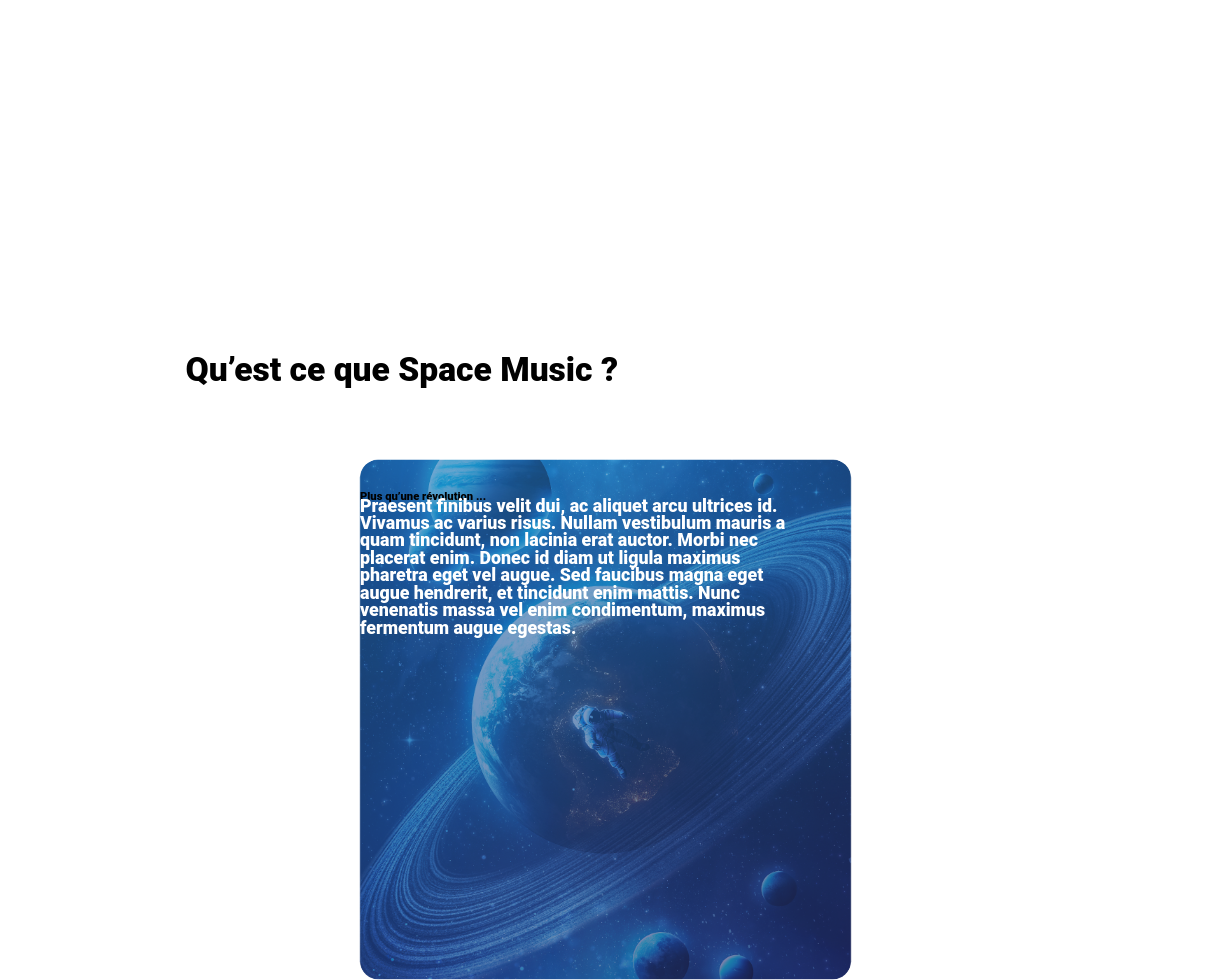
Repository: karalyh/landing-experts
Page: /
An editor plug-in stored every save of this project. The page is shown before and after the next save, followed by the edit.
The browser window is 1280 px wide. The page is 1729 px wide, so the pictures cover 1729 px, including what lies to the right of the window. The pictures show the part of the page from y = 1628 to 3028 px (the page is 3028 px tall), at 70% of full size.
The project was rebuilt for these pictures with package versions that can differ from the ones it lists, and the page was loaded fresh each time. The framework's server and built-in components were replaced by stand-ins that run in the browser. Also part of the build but not shown: next.config.js, public/css/circles-animations.css, public/css/devices-view.css.

Above is the page before, as saved 2022-09-23 12:11:01.

### pages/_app.tsx
import '../styles/globals.css'
import '../public/css/circles-animations.css'
import '../public/css/devices-view.css'
import  '@material-tailwind/react';
import type { AppProps } from 'next/app'
import LandingLayout from '../components/LandingLayout'

function MyApp({ Component, pageProps }: AppProps): JSX.Element {
  return (
    <LandingLayout>
      <Component {...pageProps} />
    </LandingLayout>
  )
}

export default MyApp

### pages/index.tsx
import type { NextPage } from 'next'

import NavBar from '../components/Navbar'
import Header from '../components/Header'
import Section1 from '../components/Section1'
import Section2 from '../components/Section2'
import Section3 from '../components/Section3'
import Section4 from '../components/Section4'
import Section5 from '../components/Section5'
import Section6 from '../components/Section6'


const Home: NextPage = () => {
  return (
    <div >
      {/* <NavBar />
      <Header />
      <Section1 /> */}
      <Section2 />
        {/* <Section3 />
        <Section4 />
        <Section5 />
        <Section6 /> */}




    </div>
  )
}

export default Home

### styles/globals.css
@tailwind base;
@tailwind components;
@tailwind utilities;


details ::marker {
    unicode-bidi: isolate;
    font-variant-numeric: tabular-nums;
    text-transform: none;

}


           p[open] span::after{
                content: "-";
            }

            p[open] span ~ * {
                animation: slideDown 0.3s ease-in-out;
            }

            p[open] span p {
                opacity: 0;
                animation-name: showContent;
                animation-duration: 0.6s;
                animation-delay: 0.2s;
                animation-fill-mode: forwards;
                margin: 0;
            }

            @keyframes showContent {
                from {
                opacity: 0;
                height: 0;
                }
                to {
                opacity: 1;

                }
            }
            @keyframes slideDown {
                from {
                opacity: 0;
                height: 0;
                padding: 0;
                }

                to {
                opacity: 1;

                }
            }


/*--Header SPM CSS--*/
:root{
  --spm-cl: #3c3c3c;
  --duration_anim: 10s;
}

@font-face{
  font-family:"Roboto Bk";
  font-weight:400;
  font-style:normal;
  font-display:swap;
  src:url(../public/fonts/Roboto-Black.ttf);
}

body{
  font-size: 16px;
}

.main{
  overflow: hidden;
  min-height: initial;
}

.content_head {
  width: 100%;
  max-width: 1200px;
  height: auto;
  margin: auto;
  display: flex;
  flex-direction: row;
  justify-content: space-between;
  align-items: center;
  padding: 0.5em;
  color: var(--spm-cl);
  font-family: "Roboto";
}

.content_head > .container_logos {
  display: grid;
  grid-template-columns: repeat(1, 1fr);
}

.content_head > .container_logos > .logo{
  width: 84px;
  height: 60px;
  animation-fill-mode: both !important;
  animation-duration: var(--duration_anim) !important;
  animation-iteration-count: infinite !important;
  animation-fill-mode: both !important;
  grid-column: 1;
  grid-row: 1;
}

.content_head > .container_logos > .logo:nth-child(1){
  animation: change_logo_color_1;
}

.content_head > .container_logos > .logo:nth-child(2){
  animation: change_logo_color_2;
}

.content_head > .container_logos > .logo:nth-child(3){
  animation: change_logo_color_3;
}

.content_head > .container_logos > .logo:nth-child(4){
  animation: change_logo_color_4;
}

.content_sign_lng{
  width: auto;
  display: flex;
  flex-direction: row;
  justify-content: center;
  align-items: center;
  grid-gap: 2em;
}

.contain_lng{
  width: auto;
}

.contain_sign{
  width: auto;
  display: flex;
  flex-direction: row;
  justify-content: center;
  align-items: center;
  grid-gap: 1em;
}

.contain_sign a, .contain_sign button {
  width: auto;
  color: var(--spm-cl);
}

.separate{
  width: 2px;
  height: 20px;
  background: var(--spm-cl);
}

.content_pattern_texts{
  max-width: 1500px;
  width: 90%;
  margin: auto;
  display: grid;
  grid-template-columns: repeat(12, 1fr);
  border: 5px solid #EEF3F5;
  border-radius: 15px;
  overflow: hidden;
  font-family: 'Roboto Bk';
}

.contain_pattern{
  grid-column: 1 / 13;
  grid-row: 1;
  width: 65%;
  position: relative;
  z-index: 1;
}

.contain_pattern > img{
  width: 100%;
}

.contain_texts{
  grid-column: 2 / 12;
  grid-row: 1;
  display: flex;
  flex-direction: column;
  justify-content: center;
  align-items: flex-end;
  position: relative;
  z-index: 2;
  width: 100%;
}

.slogans{
  display: grid;
  grid-template-columns: repeat(1, 1fr);
  justify-content: flex-end;
  align-items: center;
  margin-top: -10%;
}

.big_slogan{
  color: var(--spm-cl);
  font-size: 1150%;
  width: auto;
  grid-column: 1;
  grid-row: 1;
  text-align: right;
  animation-duration: var(--duration_anim) !important;
  animation-iteration-count: infinite !important;
  animation-timing-function: ease !important;
  animation-fill-mode: both !important;
}

.big_slogan:nth-child(1){
  animation: move_slogan_1;
}

.big_slogan:nth-child(2){
  animation: move_slogan_2;
}

.big_slogan:nth-child(3){
  animation: move_slogan_3;
}

.big_slogan:nth-child(4){
  animation: move_slogan_4;
}

.little_slogan{
  color: var(--spm-cl);
  font-size: 100%;
  width: auto;
  margin-top: 5px;
  grid-column: 1;
  grid-row: 2;
  text-align: right;
  font-weight: 900;
}

.btn_signup, .btn_btm_arrow{
  width: auto;
  cursor: pointer;
}

.btn_signup{
  padding: 0;
  border-radius: 7px;
  color: #fff;
  margin-top: 5%;
  display: grid;
  grid-template-columns: repeat(1, 1fr);
  overflow: hidden;
}

.btn_signup > em{
  padding: 0.7em 2em;
  width: 100%;
  height: 100%;
  grid-column: 1;
  grid-row: 1;
  position: relative;
  z-index: 2;
  font-style: normal;
  font-family: 'Roboto Bk';
}

.btn_signup > .bg{
  width: 100%;
  height: 100%;
  grid-column: 1;
  grid-row: 1;
  position: relative;
  z-index: 1;
  animation-duration: var(--duration_anim) !important;
  animation-iteration-count: infinite !important;
  animation-timing-function: ease !important;
  animation-fill-mode: both;
}

.btn_signup > .bg_1{
  animation: change_logo_color_1;
  background: linear-gradient(92.36deg, #7EC290 4.68%, #039EAA 100.05%);
}

.btn_signup > .bg_2{
  animation: change_logo_color_2;
  background: linear-gradient(92.2deg, #E3077E 4.89%, #A12281 98.84%);
}

.btn_signup > .bg_3{
  animation: change_logo_color_3;
  background: linear-gradient(92.66deg, #F48F1F 5.41%, #E52125 100.51%);
}

.btn_signup > .bg_4{
  animation: change_logo_color_4;
  background: linear-gradient(93.11deg, #5E77BA 0.06%, #2B2E70 98.3%);
}

.btn_btm_arrow {
  margin-top: 10em;
  margin-right: 3em;
  color: var(--spm-cl);
  margin-bottom: -15em;
}

@keyframes change_logo_color_1 {
  0%{
    opacity: 1;
  }
  25%{
    opacity: 0;
  }
  50%{
    opacity: 0;
  }
  75%{
    opacity: 0;
  }
  100%{
    opacity: 1;
  }
}

@keyframes change_logo_color_2 {
  0%{
    opacity: 0;
  }
  25%{
    opacity: 1;
  }
  50%{
    opacity: 0;
  }
  75%{
    opacity: 0;
  }
  100%{
    opacity: 0;
  }
}

@keyframes change_logo_color_3 {
  0%{
    opacity: 0;
  }
  25%{
    opacity: 0;
  }
  50%{
    opacity: 1;
  }
  75%{
    opacity: 0;
  }
  100%{
    opacity: 0;
  }
}

@keyframes change_logo_color_4 {
  0%{
    opacity: 0;
  }
  25%{
    opacity: 0;
  }
  50%{
    opacity: 0;
  }
  75%{
    opacity: 1;
  }
  100%{
    opacity: 0;
  }
}

@keyframes move_slogan_1 {
  0%{
    transform: translateX(0vw);
    opacity: 1;
  }
  22.5%{
    transform: translateX(0vw);
    opacity: 1;
  }
  27.45555555%{
    transform: translateX(-100vw);
    opacity: 1;
  }
  27.5%{
    transform: translateX(100vw);
    opacity: 0;
  }
  47.5%{
    transform: translateX(100vw);
    opacity: 0;
  }
  52.5%{
    transform: translateX(100vw);
    opacity: 0;
  }
  72.5%{
    transform: translateX(100vw);
    opacity: 0;
  }
  77.5%{
    transform: translateX(100vw);
    opacity: 0;
  }
  95%{
    transform: translateX(100vw);
    opacity: 1;
  }
  100%{
    transform: translateX(0vw);
    opacity: 1;
  }
}

@keyframes move_slogan_2 {
  0%{
    transform: translateX(100vw);
    opacity: 0;
  }
  22.5%{
    transform: translateX(100vw);
    opacity: 1;
  }
  27.5%{
    transform: translateX(0vw);
    opacity: 1;
  }
  47.5%{
    transform: translateX(0vw);
    opacity: 1;
  }
  52.45555555%{
    transform: translateX(-100vw);
    opacity: 1;
  }
  52.5%{
    transform: translateX(100vw);
    opacity: 0;
  }
  72.5%{
    transform: translateX(100vw);
    opacity: 0;
  }
  77.5%{
    transform: translateX(100vw);
    opacity: 0;
  }
  95%{
    transform: translateX(100vw);
    opacity: 0;
  }
  100%{
    transform: translateX(100vw);
    opacity: 0;
  }
}

@keyframes move_slogan_3 {
  0%{
    transform: translateX(100vw);
    opacity: 0;
  }
  22.5%{
    transform: translateX(100vw);
    opacity: 0;
  }
  27.5%{
    transform: translateX(100vw);
    opacity: 0;
  }
  47.5%{
    transform: translateX(100vw);
    opacity: 1;
  }
  52.5%{
    transform: translateX(0vw);
    opacity: 1;
  }
  72.5%{
    transform: translateX(0vw);
    opacity: 1;
  }
  77.45555555%{
    transform: translateX(-100vw);
    opacity: 1;
  }
  77.5%{
    transform: translateX(100vw);
    opacity: 0;
  }
  95%{
    transform: translateX(100vw);
    opacity: 0;
  }
  100%{
    transform: translateX(100vw);
    opacity: 0;
  }
}

@keyframes move_slogan_4 {
  0%{
    transform: translateX(100vw);
    opacity: 0;
  }
  22.5%{
    transform: translateX(100vw);
    opacity: 0;
  }
  27.5%{
    transform: translateX(100vw);
    opacity: 0;
  }
  47.5%{
    transform: translateX(100vw);
    opacity: 0;
  }
  52.5%{
    transform: translateX(100vw);
    opacity: 0;
  }
  72.5%{
    transform: translateX(100vw);
    opacity: 1;
  }
  77.5%{
    transform: translateX(0vw);
    opacity: 1;
  }
  95%{
    transform: translateX(0vw);
    opacity: 1;
  }
  99.8999999999%{
    transform: translateX(-100vw);
    opacity: 1;
  }
  100%{
    transform: translateX(100vw);
    opacity: 0;
  }
}

@media (max-width: 768px) {
  .content_head{}

  .container_logos{}

  .content_sign_lng {
    margin-right: 1em;
    padding: 0.5em;
  }

  .content_pattern_texts {
    min-height: 85vh;
  }

  .contain_texts{}

  .big_slogan{
    font-size: 600%;
  }

  .contain_pattern {
    width: 100%;
  }

  .contain_pattern > img {
    height: 100%;
    object-fit: cover;
  }

  .btn_signup {
    margin-top: 40%;
  }

  .btn_btm_arrow {
    margin-top: 3em;
    margin-bottom: -10em;
  }
}
/*--Fin Header SPM CSS--*/

### components/LandingLayout.tsx
import Footer from "./Footer";
import Header from "./Header";
import Navbar from "./Navbar";
import  '@material-tailwind/react';
export default function  LandingLayout ({ children }: any){
    return (
        <div>
        <div className="flex flex-col">
           <Navbar />
            <Header />
            { children }
            <Footer />
        </div>
        </div>
    )
}

### components/Section2.tsx
import Image from 'next/image';


export default function Section2() {

    return (
        <>
            <section className='static'>
                <div className='absolute left-[265px] top-[2129px]'>
                <h1 className='font-roboto text-5xl font-black leading-[56.25px]'>Qu’est ce que Space Music ?</h1>

                </div>
                <div
                    className='
                    flex flex-row justify-center items-center p-[0px 15px] gap-5 absolute
                    w-[1728px] h-[742.7px] top-[2285px] left-px overflow-x-scroll border-black'
                >
                    {/* block du milieu */}
                    <div className="absolute w-[701.5px] h-[742.7px] left-[513.25px] top-0 bg-[url('/images/Rectangle-2.png')] rounded-[26.1767px]">
                        {/** on met le texte dans un bloc */}
                        <div className="w-[614.9px] h-[306.42px] top-[386.6px] left-[545.3px] gap-[31.76px] flex flex-col justify-center items-start">
                            {/**
                             * Titre
                             */}
                            <h1 className="font-black font-roboto text-base top-[40.83px] absolute">Plus qu’une révolution ...</h1>

                            {/**
                             * Paragraphe
                             */}
                        <p className="
                        w-[614.9px] h-[25px] font-[roboto] font-black text-[25.4118px]
                        leading-[98.69%] items-center flex text-white self-stretch grow-0 order-1 flex-none top-[
100px] absolute
                        ">Praesent finibus velit dui, ac aliquet arcu ultrices id. Vivamus ac varius risus. Nullam
                            vestibulum mauris a quam tincidunt, non lacinia erat auctor. Morbi nec placerat enim. Donec
                            id diam ut ligula maximus pharetra eget vel augue. Sed faucibus magna eget augue hendrerit,
                            et tincidunt enim mattis. Nunc venenatis massa vel enim condimentum, maximus fermentum augue
                            egestas.
                        </p></div>

                    </div>
                </div>
           </section>
        </>
           )
}

### components/Header.tsx
import Image from 'next/image';
import styles from '../styles/Header.module.css'



export default function Header() {

    return (
        <section className="content_pattern_texts">

        <div className="contain_texts">
          <div className="slogans">
            <h3 id="big_slogan" className='big_slogan'>Bigger.</h3>
            <h3 id="big_slogan" className='big_slogan'>Better.</h3>
            <h3 id="big_slogan" className='big_slogan'>Social.</h3>
            <h3 id="big_slogan" className='big_slogan'>Music.</h3>
            <h4 className='little_slogan'>L'app qui te redonne le pouvoir</h4>
          </div>

          <button className="btn_signup">
            <i className='bg bg_1'></i>
            <i className='bg bg_2'></i>
            <i className='bg bg_3'></i>
            <i className='bg bg_4'></i>
            <em>Créer mon compte</em>
          </button>

          <button className="btn_btm_arrow"><img src="imgs/arrow_1.png" /></button>
        </div>

        <div className="contain_pattern">
          <img src="imgs/pattern-rockets.png" alt="Pattern Rockets" />
        </div>

      </section>
           )
}

### components/Navbar.tsx
import Head from 'next/head'
import Image from 'next/image';

export default function NavBar() {

    return (
        <div className=''>
            <Head>
                <title>Space music</title>
                <meta name="description" content="Generated by create next app" />
                <link rel="icon" href="/favicon.ico" />
            </Head>



           <div className="content_head">
      <div className="container_logos">
        <img className="logo" src="imgs/spacemusic_logo-1.png" alt="Space Music Logo" />
        <img className="logo" src="imgs/spacemusic_logo-2.png" alt="Space Music Logo" />
        <img className="logo" src="imgs/spacemusic_logo-3.png" alt="Space Music Logo" />
        <img className="logo" src="imgs/spacemusic_logo-4.png" alt="Space Music Logo" />
      </div>

      <section className="content_sign_lng">
        <div className="contain_lng">
          <select className="select_lng" name="select_lng">
            <option value="Français">Français</option>
            <option value="Anglais">Anglais</option>
          </select>
        </div>
        <div className="contain_sign">
          <a href="#">Sign Up</a>
          <div className="separate"></div>
          <a href="#">Sign In</a>
        </div>
      </section>
    </div>
        </div>
    )
}

Loaded but not shown: tailwind.config.js (24 lines, source omitted); components/Footer.tsx (88 lines, source omitted)

After the next save:
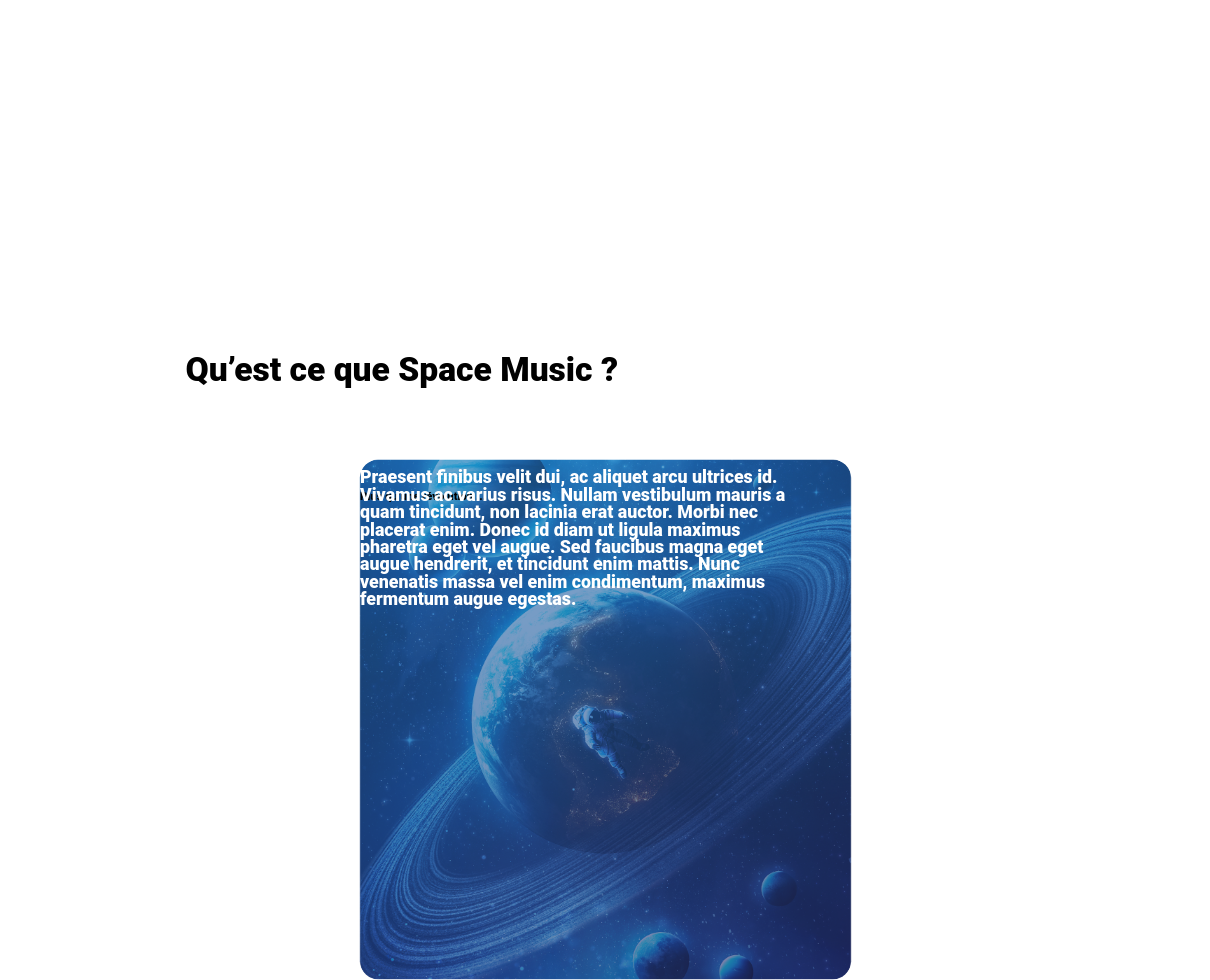
Saved 32 s later.
--- a/components/Section2.tsx
+++ b/components/Section2.tsx
@@ -29,8 +29,7 @@
                              */}
                         <p className="
                         w-[614.9px] h-[25px] font-[roboto] font-black text-[25.4118px]
-                        leading-[98.69%] items-center flex text-white self-stretch grow-0 order-1 flex-none top-[
-100px] absolute
+                        leading-[98.69%] items-center flex text-white self-stretch grow-0 order-1 flex-none top-[100px] absolute
                         ">Praesent finibus velit dui, ac aliquet arcu ultrices id. Vivamus ac varius risus. Nullam
                             vestibulum mauris a quam tincidunt, non lacinia erat auctor. Morbi nec placerat enim. Donec
                             id diam ut ligula maximus pharetra eget vel augue. Sed faucibus magna eget augue hendrerit,

After the save that followed:
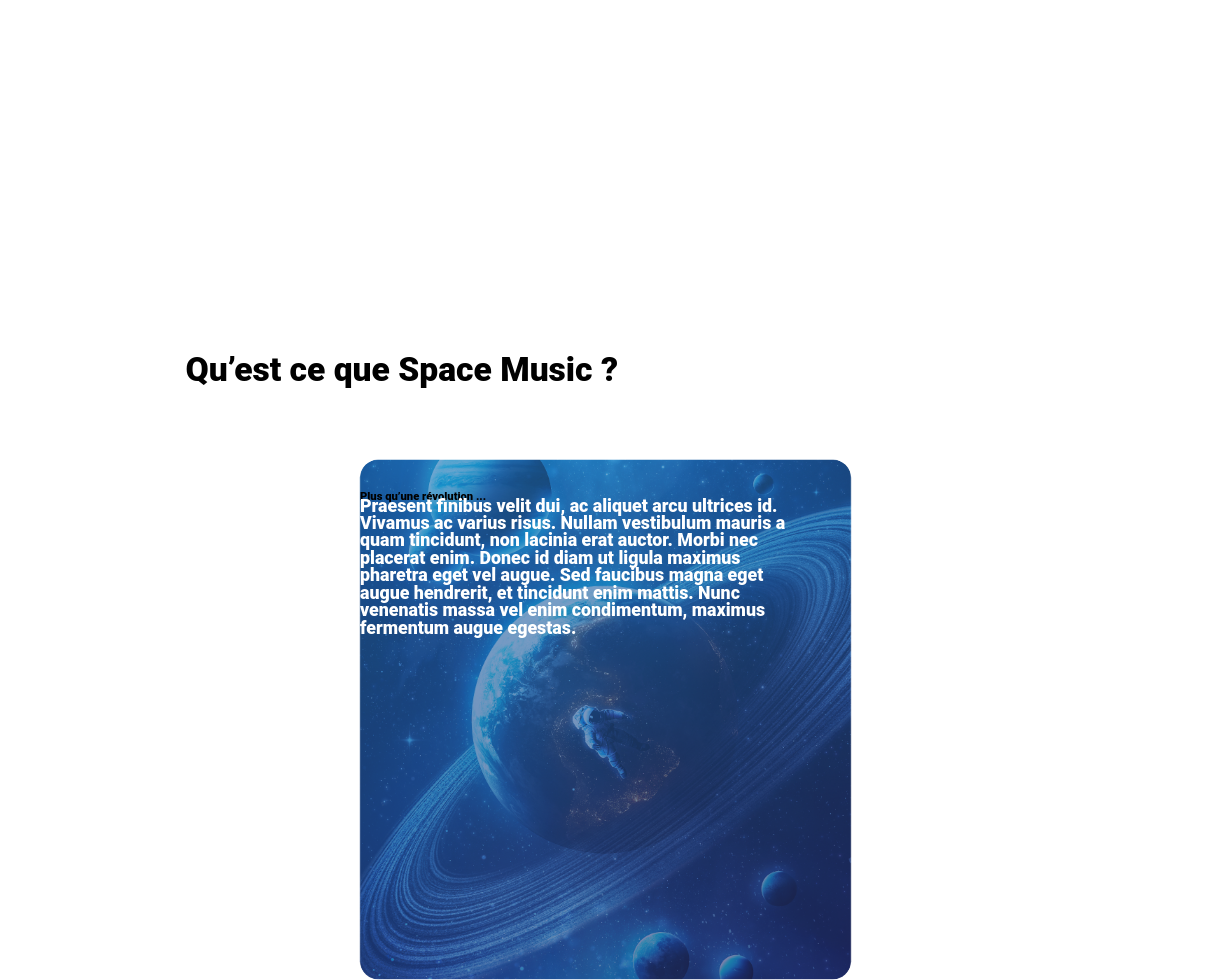
Saved 36 s later.
--- a/components/Section2.tsx
+++ b/components/Section2.tsx
@@ -29,7 +29,8 @@
                              */}
                         <p className="
                         w-[614.9px] h-[25px] font-[roboto] font-black text-[25.4118px]
-                        leading-[98.69%] items-center flex text-white self-stretch grow-0 order-1 flex-none top-[100px] absolute
+                        leading-[98.69%] items-center flex text-white self-stretch grow-0 order-1 flex-none top-[
+100px] absolute
                         ">Praesent finibus velit dui, ac aliquet arcu ultrices id. Vivamus ac varius risus. Nullam
                             vestibulum mauris a quam tincidunt, non lacinia erat auctor. Morbi nec placerat enim. Donec
                             id diam ut ligula maximus pharetra eget vel augue. Sed faucibus magna eget augue hendrerit,
